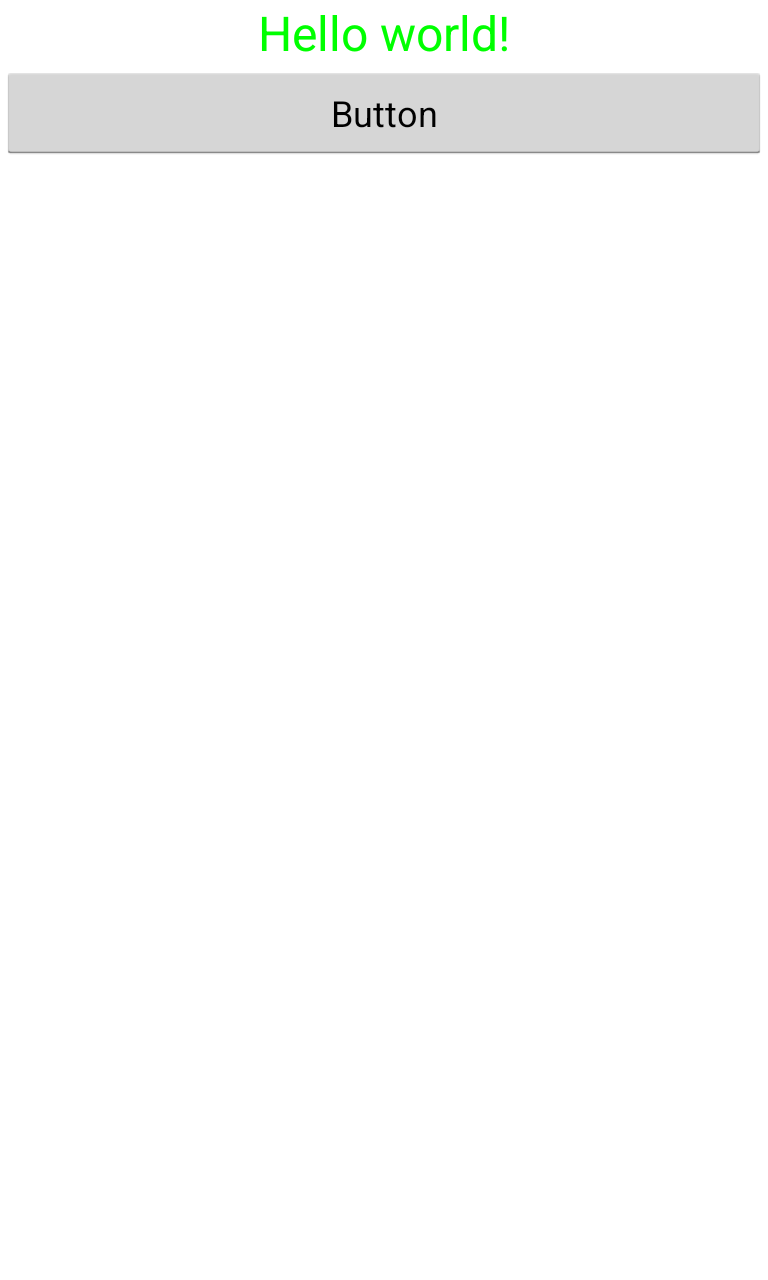
Repository: GUNDAMR/firstcode_android
Layout: C3UIWidgetTest/res/layout/activity_main.xml
An editor plug-in stored every save of this project. The layout is shown before and after a run of saves, followed by the edit.
It is drawn on a 768 x 1280 px phone screen (xhdpi) without system bars, with theme AppTheme; the app's code is not run.

Above is the layout before, as saved 2014-12-11 12:29:29.

### C3UIWidgetTest/res/layout/activity_main.xml
<LinearLayout xmlns:android="http://schemas.android.com/apk/res/android"
    xmlns:tools="http://schemas.android.com/tools"
    android:id="@+id/LinearLayout1"
    android:layout_width="match_parent"
    android:layout_height="match_parent"
    android:orientation="vertical"
    tools:context="${relativePackage}.${activityClass}" >

    <TextView
        android:layout_width="match_parent"
        android:layout_height="wrap_content"
        android:gravity="center"
        android:text="@string/hello_world"
        android:textColor="#00FF00"
        android:textSize="24sp" />

    <Button
        android:id="@+id/button"
        android:layout_width="match_parent"
        android:layout_height="wrap_content"
        android:text="Button" />

</LinearLayout>

### C3UIWidgetTest/res/values/strings.xml
<?xml version="1.0" encoding="utf-8"?>
<resources>

    <string name="app_name">UIWidgetTest</string>
    <string name="hello_world">Hello world!</string>

</resources>

Loaded but not shown: C3UIWidgetTest/res/values/styles.xml (common file); C3UIWidgetTest/res/values-v11/styles.xml (common file); C3UIWidgetTest/res/values-v14/styles.xml (common file)

After the next 2 saves:
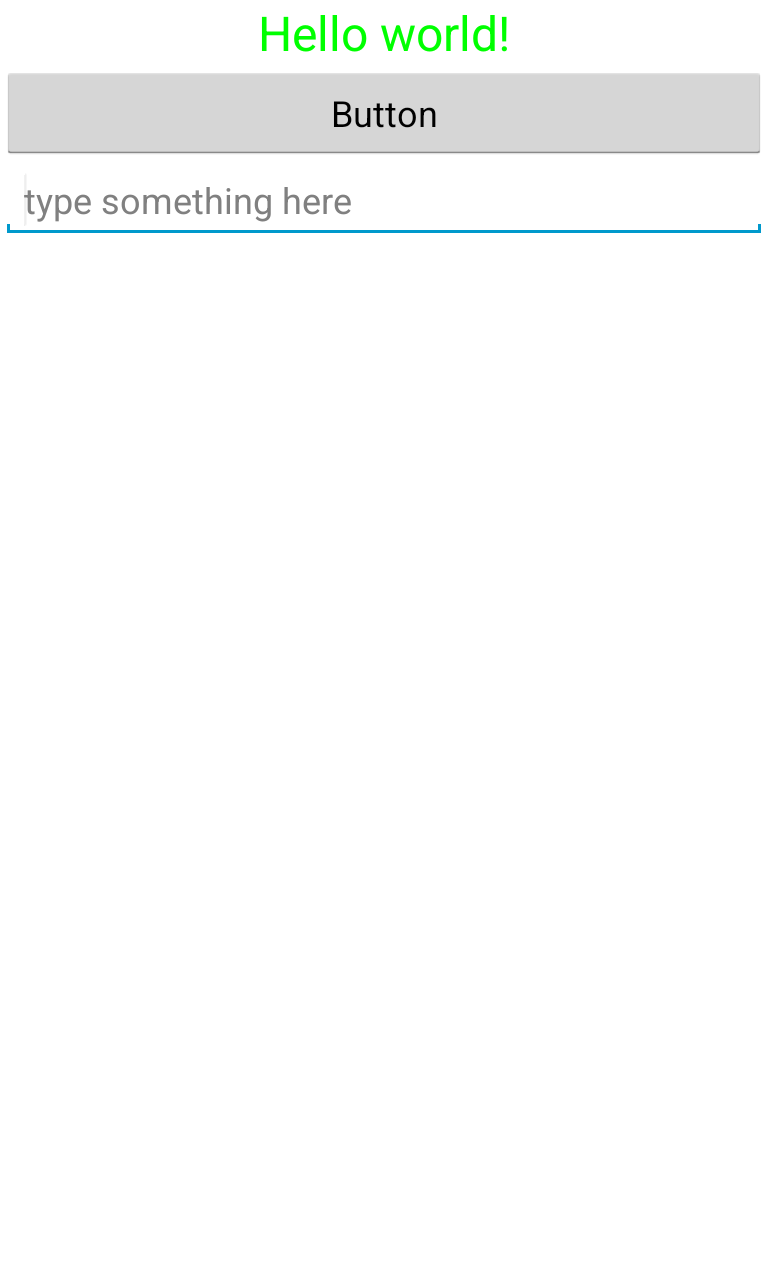
The 2 saves are shown as one change because they came seconds apart.
The last was saved 3 min 24 s later.
--- a/C3UIWidgetTest/res/layout/activity_main.xml
+++ b/C3UIWidgetTest/res/layout/activity_main.xml
@@ -20,4 +20,14 @@
         android:layout_height="wrap_content"
         android:text="Button" />
 
+    <EditText
+        android:id="@+id/editText"
+        android:layout_width="match_parent"
+        android:layout_height="wrap_content"
+        android:ems="10"
+        android:hint="type something here" >
+
+        <requestFocus />
+    </EditText>
+
 </LinearLayout>
